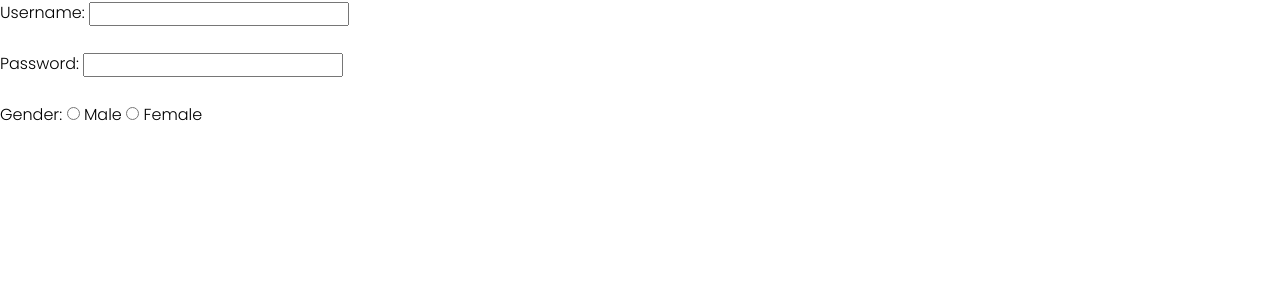
Repository: Abhi2807ar/PASSWORD-MANAGER
Page: index.html
The author's editor kept a copy of each file at every save. The page is drawn from the files as they stood at one save, then again after the next save.
The browser window is 1280 px wide. The pictures show the whole page.

Above is the page before, as saved 2024-10-14 14:35:26.

After the next save:
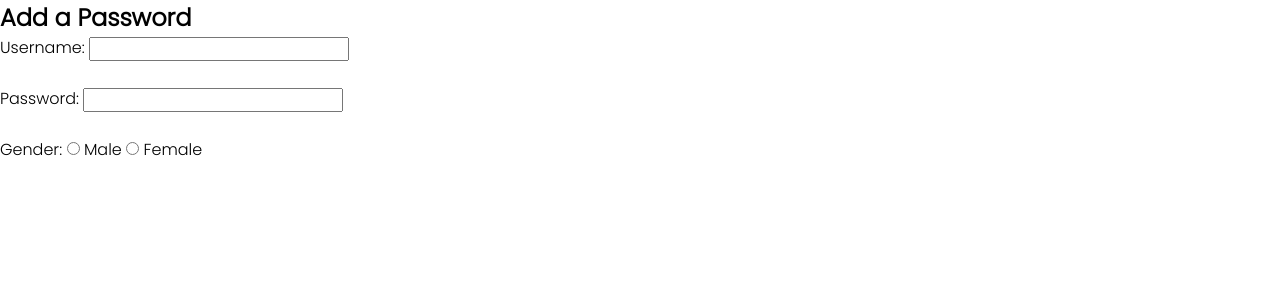
Saved 6 s later.
--- a/index.html
+++ b/index.html
@@ -17,7 +17,7 @@
 </head>
 
 <body>
-    <h2></h2>
+    <h2>Add a Password</h2>
     <form action="/submit" method="post">
         <!-- Text input for username -->
         <label for="username">Username:</label>
